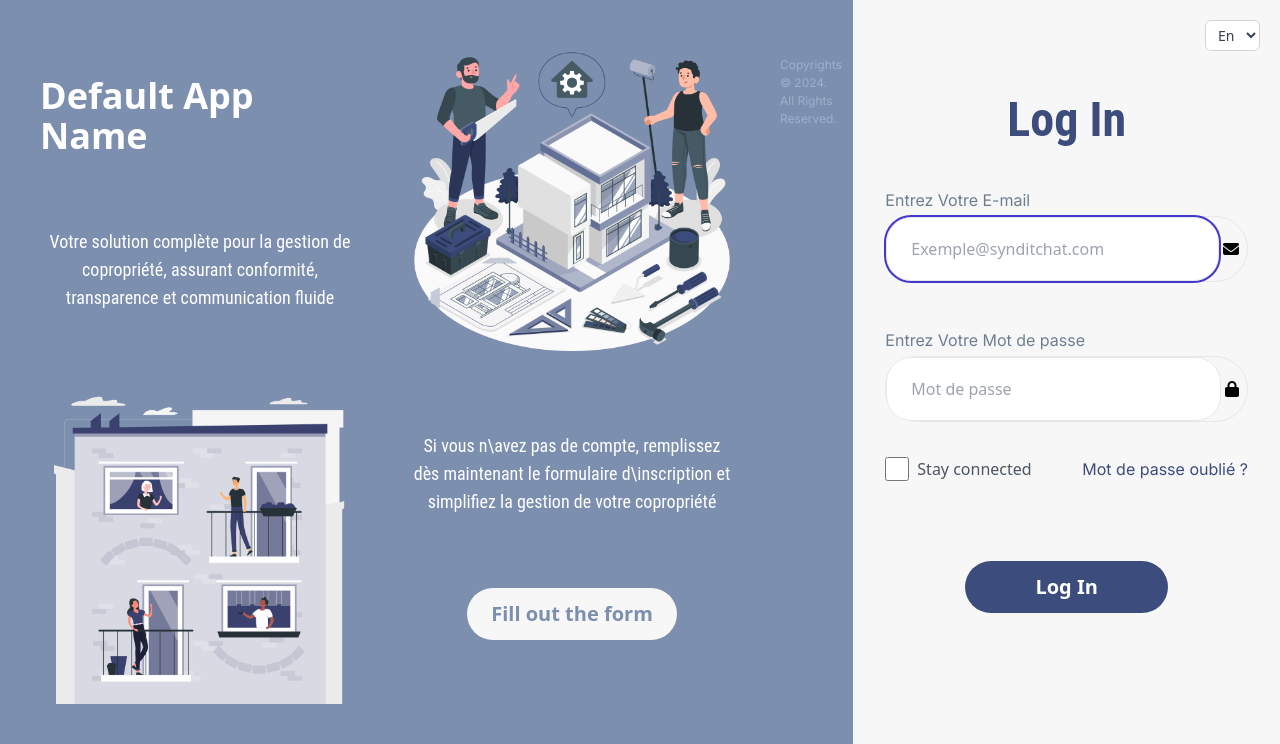
Repository: idir2023/Syndicat-amine
Page: http://localhost/
These files come from the project's save history. The page is drawn as it stood at one moment and after a run of saves; the edit follows.
The browser window is 1280 px wide. The pictures show the whole page.
Some web libraries are served in a nearby version. The page is served by the project's Laravel application, run on PHP 8.4 with Laravel 12. Other server files are loaded and not shown. Queries for data that is not in the repository find no rows.

Above is the page before, as saved 2024-10-13 11:10:05.

### app/Providers/AppServiceProvider.php
<?php

namespace App\Providers;

use App\Models\Parameter;
use App\Models\Residence;
use Illuminate\Support\Facades\View;
use Illuminate\Support\ServiceProvider;
use Illuminate\Support\Facades\App;
use Illuminate\Support\Facades\Session;

class AppServiceProvider extends ServiceProvider
{
    /**
     * Register any application services.
     */
    public function register(): void
    {
        //
    }

    /**
     * Bootstrap any application services.
     */
    public function boot()
    {
        App::setLocale(Session::get('locale', config('app.locale')));

        // Retrieve the parameters from the database (you can limit to one or handle multiple rows)
        $parameters = Parameter::first();

        // Guard if there are no parameters
        if ($parameters) {
            // Share the parameters with all views if found
            View::share('appParameters', $parameters);
        } else {
            // Optionally, you can share default values if no parameters exist
            View::share('appParameters', (object)[
                'logo' => 'default-logo.png', // Default logo path
                'app_name' => 'Default App Name' // Default app name
            ]);
        }

    }
}

### app/Models/Parameter.php
<?php

namespace App\Models;

use Illuminate\Database\Eloquent\Factories\HasFactory;
use Illuminate\Database\Eloquent\Model;

class Parameter extends Model
{
    use HasFactory;

    protected $fillable = [
        'logo',
        'app_name',
        'copyright',
        'facebook_link',
        'twitter_link',
        'linkedin_link',
        'instagram_link',
    ];
}

### app/Http/Controllers/LocaleController.php
<?php

namespace App\Http\Controllers;

use Illuminate\Http\Request;
use Illuminate\Support\Facades\App;
use Illuminate\Support\Facades\Session;
use Illuminate\Support\Facades\File;

class LocaleController extends Controller
{
    public function __invoke(Request $request)
    {
        $locale = $request->input('locale');

        if (in_array($locale, ['en', 'ar', 'fr', 'es', 'de', 'it'])) {
            Session::put('locale', $locale);
            App::setLocale($locale);
        }

        return redirect()->back();
    }
    public function change(Request $request)
    {
        $locale = $request->input('locale');

        // Store the selected locale in the session
        Session::put('locale', $locale);

        // Change the application locale
        App::setLocale($locale);

        // Redirect back to the previous page or a specific route
        return redirect()->back();
    }




}

### app/Http/Controllers/Auth/AuthenticatedSessionController.php
<?php

namespace App\Http\Controllers\Auth;

use App\Http\Controllers\Controller;
use App\Http\Requests\Auth\LoginRequest;
use App\Models\Residence;
use Illuminate\Http\RedirectResponse;
use Illuminate\Http\Request;
use Illuminate\Support\Facades\Auth;
use Illuminate\Validation\ValidationException;
use Illuminate\View\View;

class AuthenticatedSessionController extends Controller
{
    /**
     * Display the login view.
     */
    public function create(): View
    {
        return view('auth.connect');
    }

    /**
     * Handle an incoming authentication request.
     */
    public function store(LoginRequest $request): RedirectResponse
    {
        $request->authenticate();


        if (!Auth::user()->hasAnyRole(['Super Admin', 'Admin'])) {
            // After authentication, check if the user's residence is active
            $user = Auth::user(); // Get the authenticated user
            $residence = Residence::find($user->residence_id); // Assuming residence_id exists in users table

            // Check if the residence is inactive
            if ($residence && $residence->active == 1) {
                // Log out the user immediately
                Auth::logout();

                // Throw a validation exception with a custom message
                throw ValidationException::withMessages([
                    'residenceInactive' => ['Your residence is inactive. You cannot log in.'],
                ]);
            }
        }


        $request->session()->regenerate();
        // Store login time in session
        $request->session()->put('login_time', now());

        return redirect()->intended(route('index', absolute: false));
    }

    /**
     * Destroy an authenticated session.
     */
    public function destroy(Request $request): RedirectResponse
    {
        Auth::guard('web')->logout();

        $request->session()->invalidate();

        $request->session()->regenerateToken();

        return redirect('/');
    }
}

### resources/views/auth/connect.blade.php
<!doctype html>
<html lang="en">

<head>
    <meta charset="UTF-8" />
    <meta http-equiv="X-UA-Compatible" content="IE=Edge">
    <meta name="viewport" content="width=device-width, initial-scale=1">
    <title>Login Page</title>
    <link rel="preconnect" href="https://fonts.googleapis.com">
    <link rel="preconnect" href="https://fonts.gstatic.com" crossorigin>
    <link href="https://fonts.googleapis.com/css2?family=Inter:wght@400&display=swap" rel="stylesheet">
    <link rel="stylesheet" href="https://cdnjs.cloudflare.com/ajax/libs/font-awesome/6.6.0/css/all.min.css"
        integrity="sha512-Kc323vGBEqzTmouAECnVceyQqyqdsSiqLQISBL29aUW4U/M7pSPA/gEUZQqv1cwx4OnYxTxve5UMg5GT6L4JJg=="
        crossorigin="anonymous" referrerpolicy="no-referrer" />
    <script src="https://cdn.tailwindcss.com"></script>
</head>

<body>
    <div class="flex flex-col md:flex-row min-h-screen">
        <!-- Left Section -->
        <div class="w-2/3 flex flex-col md:flex-row bg-[#7d8fae] p-10 space-y-8 md:space-y-0 md:space-x-8">
            <!-- Left Section -->
            <div class="flex-1 flex flex-col items-center text-center md:text-left space-y-6 mt-9 mr-5">

                @if (isset($appParameters))


             <h2 class="text-4xl font-bold text-white">{{ $appParameters->app_name ?? '' }}</h2>
                @endif
                <p
                    class="text-lg text-white text-center py-12 font-['Fredoka_One','Roboto_Condensed'] font-normal text-[30px]">

                    {{__('Votre solution complète pour la gestion de copropriété, assurant conformité, transparence et
                    communication fluide')}}
                </p>
                <div class="w-80 h-auto">
                    <img src="{{ asset('assets/images/neighbours_on_balconies_or_windows_during_coronavirus_rafiki_1.png') }}"
                        alt="Illustration">
                </div>
            </div>

            <!-- Right Section -->
            <div class="flex-1 flex flex-col items-center text-center md:text-left space-y-6">
                <div class="w-80 h-auto">
                    <img src="{{ asset('assets/images/build_your_home_amico_11.png') }}" alt="Illustration">
                </div>
                <p
                    class="text-lg text-white text-center py-12 font-['Fredoka_One','Roboto_Condensed'] font-normal text-[30px]">

                    {{__('Si vous n\avez pas de compte, remplissez dès maintenant le formulaire d\inscription et simplifiez la
                    gestion de votre copropriété') }}
                </p>
                <button class="bg-[#F7F7F7] text-[#7d8fae] py-3 px-6 rounded-full font-bold text-xl hover:bg-[#cbc9c9]">
                    <a href="{{ route('formRegister') }}"> {{ __('Remplir le formulaire') }}</a>
                </button>
            </div>
            <div class="w-full flex flex-row justify-between mt-6">
                <div class="m-4 inline-block break-words font-['Inter'] font-normal text-[12px] text-[#9EAFCE]">
                    @if(!empty($appParameters->copyright))
                        Copyrights © {{ $appParameters->copyright }}. All Rights Reserved.
                    @else
                        Copyrights © {{ date('Y') }}. All Rights Reserved.
                    @endif


                </div>
                <div class="flex flex-row box-sizing-border">
                    @if(!empty($appParameters->facebook_link))
                        <a href="{{ $appParameters->facebook_link }}"
                            class="rounded-[15px] bg-[#9EAFCE] relative m-[0_20px_0_0] flex p-[7px] w-[30px] h-[30px] box-sizing-border">
                            <i class="fa-brands fa-facebook text-white"></i>
                        </a>
                    @endif

                    @if(!empty($appParameters->instagram_link))
                        <a href="{{ $appParameters->instagram_link }}"
                            class="rounded-[15px] bg-[#9EAFCE] relative m-[0_20px_0_0] flex p-[7px] w-[30px] h-[30px] box-sizing-border">
                            <i class="fa-brands fa-instagram text-white"></i>
                        </a>
                    @endif

                    @if(!empty($appParameters->linkedin_link))
                        <a href="{{ $appParameters->linkedin_link }}"
                            class="rounded-[15px] bg-[#9EAFCE] relative m-[0_20px_0_0] flex p-[7px] w-[30px] h-[30px] box-sizing-border">
                            <i class="fa-brands fa-linkedin text-white"></i>
                        </a>
                    @endif

                    @if(!empty($appParameters->twitter_link))
                        <a href="{{ $appParameters->twitter_link }}"
                            class="rounded-[15px] bg-[#9EAFCE] relative m-[0_20px_0_0] flex p-[7px] w-[30px] h-[30px] box-sizing-border">
                            <i class="fa-brands fa-twitter text-white"></i>
                        </a>
                    @endif
                </div>

            </div>
        </div>



        <!-- Right Section -->
        <div class="w-full md:w-1/3 bg-[#F7F7F7] p-8 flex flex-col justify-center items-center">
            <div class="absolute top-5 right-5">
                <form action="{{ route('locale.change') }}" method="POST" class="inline-block">
                    @csrf
                    <select name="locale" onchange="this.form.submit()" class="border border-gray-300 rounded-md py-1 px-2 bg-white text-gray-700 focus:outline-none focus:ring-1 focus:ring-blue-500 focus:border-transparent text-sm">
                        <option value="en"{{ app()->getLocale() == 'en' ? ' selected' : '' }}>En</option>
                        <option value="fr"{{ app()->getLocale() == 'fr' ? ' selected' : '' }}>Fr</option>
                    </select>
                </form>
            </div>

            <h2
                class="text-4xl font-bold mb-8
            font-['Fredoka_One','Roboto_Condensed'] text-[48px] text-[#3C4C7C]">
            {{ __('Se Connecter') }}
            </h2>

            <!-- Session Status -->
            <x-auth-session-status class="mb-4" :status="session('status')" />

            <form class="space-y-4 w-full max-w-md" action="{{ route('login') }}" method="POST">
                @csrf
                <div>
                    <label
                        class="block mb-1
                    font-['Inter'] font-medium text-[16px] text-[#6F7D93]">  {{ __('Entrez
                        Votre E-mail ') }}</label>
                    <div class="flex items-center border rounded-[80px]">
                        <x-text-input id="email" class="focus:ring-indigo-700" type="email" name="email"
                            :value="old('email')" required autofocus autocomplete="username"
                            placeholder="Exemple@synditchat.com" />
                        <i class="fa-solid fa-envelope ml-1 pr-2 h-4 w-auto"></i>

                    </div>
                    <!-- Email Error -->
                    <x-input-error :messages="$errors->get('email')" class="mt-2" />
                </div>

                <div class="h-[3%]"></div>
                <div>
                    <label
                        class="block mb-1
                    font-['Inter'] font-medium text-[16px] text-[#6F7D93]">{{ __('Entrez
                        Votre Mot de passe') }}</label>
                    <div class="flex items-center border rounded-[80px]">
                        <x-text-input id="password" class="focus:ring-indigo-700" type="password" name="password"
                            required autocomplete="current-password" placeholder="Mot de passe" />
                        <i class="fa-solid fa-lock ml-1 pr-2 h-4 w-auto"></i>
                    </div>
                    <!-- Password Error -->
                    <x-input-error :messages="$errors->get('password')" class="mt-2" />
                </div>
                <div class="h-[0.5%]"></div>
                <div>

                    <div class="flex items-center justify-between">
                        <div class="flex items-center space-x-2">
                            <input id="remember_me" type="checkbox"
                                class="h-6 w-6 rounded-[25px] text-[#3C4C7C] font-semibold focus:ring-blue-500 border-[#3C4C7C]"
                                name="remember">
                            <label for="remember_me" class="text-gray-600">{{ __('Restez connecté') }}</label>
                        </div>

                        @if (Route::has('password.request'))
                            <a href="{{ route('password.request') }}"
                                class="break-words font-['Inter'] font-medium text-[16px] text-[#3C4C7C]">{{ __('Mot de passe
                                oublié ?') }}</a>
                        @endif
                    </div>
                    <div class="mb-22 p-20">
                        <button type="submit"
                            class="w-full bg-[#3C4C7C] hover:bg-[#3e569b] text-white
                                py-3 px-6 rounded-full font-bold text-xl">{{ __('Connexion') }}</button>
                    </div>

            </form>
        </div>
    </div>


    <!-- Modal Structure -->
    <div id="errorModal" class="fixed z-50 inset-0 flex items-center justify-center hidden bg-black bg-opacity-50">
        <div class="bg-white rounded-lg shadow-lg p-6 max-w-sm w-full relative">
            <div class="flex justify-between items-center">
                <h2 class="text-lg text-[#3C4C7C] font-semibold">{{ __('Erreur de connexion') }}</h2>
                <button type="button" id="closeModalBtn" class="text-gray-500 hover:text-gray-700 close-modal-btn"
                    aria-label="Close">
                    &times;
                </button>
            </div>
            <div class="my-[2.5rem]">
                <!-- Display the custom residence inactive error -->
                @if ($errors->has('residenceInactive'))
                    {{-- <p class="text-sm text-[#6F7D93]">{{ $errors->first('residenceInactive') }}</p> --}}
                    {{-- <p class="text-sm text-[#6F7D93]">Your residence account is currently inactive, and you're unable to log in. Please contact the residence staff for further information.</p> --}}
                    <p class="text-sm text-[#6F7D93]">
                        {{ __('Votre compte résidence est actuellement inactif et vous ne pouvez pas vous connecter.
                        Veuillez contacter le personnel de votre résidence pour plus d\'informations.') }}
                    </p>

                @endif
            </div>
            <div>
                <button type="button" id="closeModalBtnFooter"
                    class="w-full bg-[#3C4C7C] hover:bg-[#3e569b] text-white py-1 px-6 rounded-full font-bold text-lg">OK</button>
            </div>
        </div>
    </div>

    <script>
        // Check if there are any custom errors and trigger the modal
        @if ($errors->has('residenceInactive'))
            document.getElementById('errorModal').classList.remove('hidden');
        @endif

        // Get modal and close button elements
        var errorModal = document.getElementById('errorModal');
        var closeModalBtn = document.getElementById('closeModalBtn');
        var closeModalBtnFooter = document.getElementById('closeModalBtnFooter');

        // Close modal when clicking the close button in the header
        closeModalBtn.addEventListener('click', function() {
            errorModal.classList.add('hidden');
        });

        // Close modal when clicking the close button in the footer
        closeModalBtnFooter.addEventListener('click', function() {
            errorModal.classList.add('hidden');
        });

        // Close modal when clicking outside the modal content (overlay area)
        window.addEventListener('click', function(e) {
            if (e.target === errorModal) {
                errorModal.classList.add('hidden');
            }
        });
    </script>


</body>

</html>

### resources/views/components/text-input.blade.php
@props(['disabled' => false])

<input {{ $disabled ? 'disabled' : '' }} {!! $attributes->merge(['class' => 'w-full h-16 px-6 py-2 border rounded-[25px] focus:outline-none focus:ring-2 focus:ring-indigo-700']) !!}>

Loaded but not shown: app/Http/Controllers/Controller.php (common file); routes/auth.php (common file); app/Http/Controllers/Auth/EmailVerificationPromptController.php (common file); app/Http/Controllers/Auth/VerifyEmailController.php (common file); resources/views/components/auth-session-status.blade.php (common file); resources/views/components/input-error.blade.php (common file); resources/lang/en.json (212 lines, source omitted); routes/web.php (167 lines, source omitted)

After the next 2 saves:
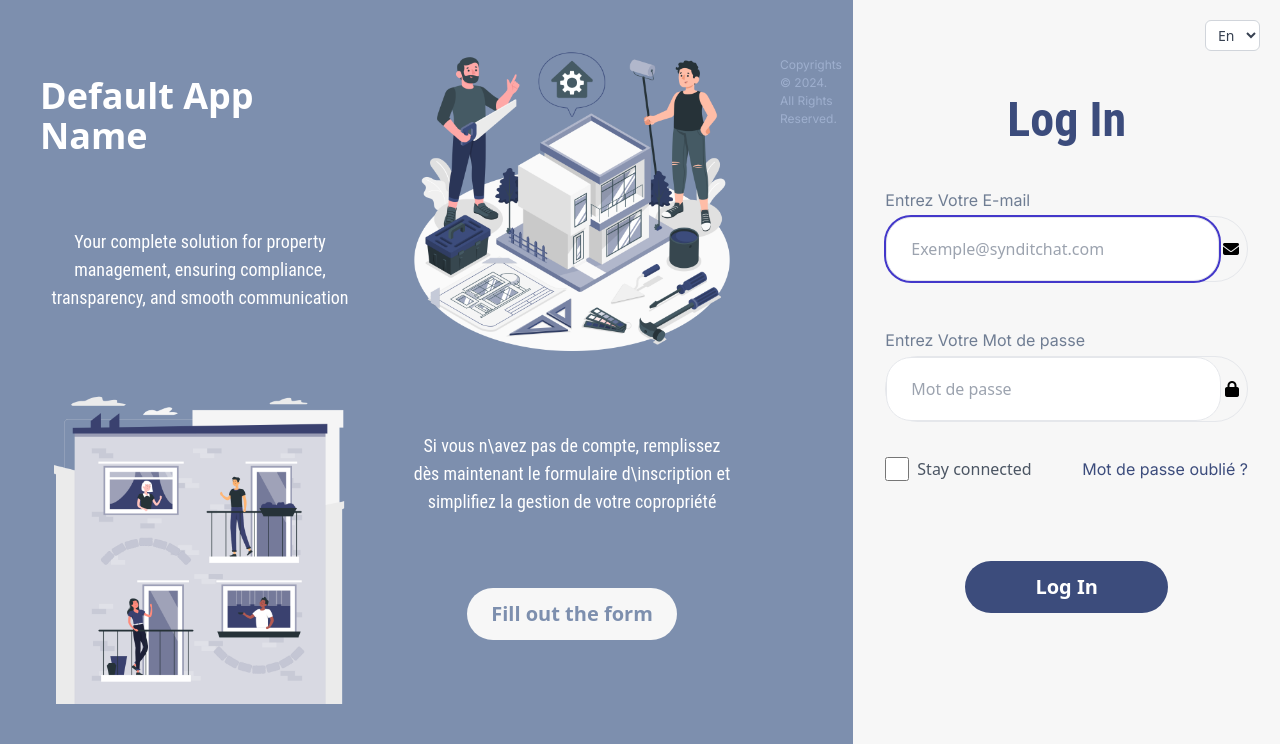
The 2 saves are shown as one change because they came seconds apart.
The last was saved 5 min 23 s later.
--- a/resources/views/auth/connect.blade.php
+++ b/resources/views/auth/connect.blade.php
@@ -30,8 +30,7 @@
                 <p
                     class="text-lg text-white text-center py-12 font-['Fredoka_One','Roboto_Condensed'] font-normal text-[30px]">
 
-                    {{__('Votre solution complète pour la gestion de copropriété, assurant conformité, transparence et
-                    communication fluide')}}
+                    {{__('Votre solution complète pour la gestion de copropriété, assurant conformité, transparence et communication fluide')}}
                 </p>
                 <div class="w-80 h-auto">
                     <img src="{{ asset('assets/images/neighbours_on_balconies_or_windows_during_coronavirus_rafiki_1.png') }}"
